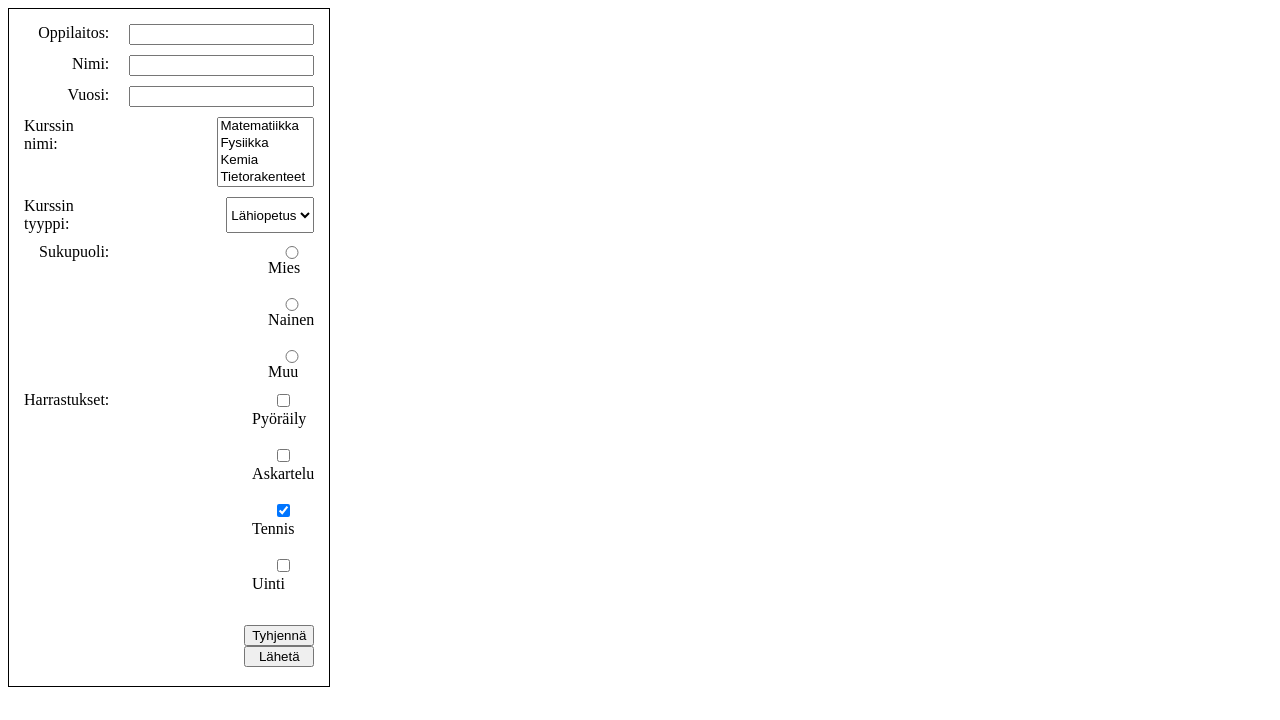
Repository: Niina-Maria/tehtavat-12-17-Niina-Maria2
Page: teht16.html
An editor plug-in stored every save of this project. The page is shown before and after the next save, followed by the edit.
The browser window is 1280 px wide. The pictures show the whole page.

Above is the page before, as saved 2024-11-20 13:25:45.

### teht16.html
<!DOCTYPE html>
<html>
    <head>
        <link rel="stylesheet" href="teht16.css">
    </head>
    <body>
        <div class="grid-container">
            <div class="taulukko">
                <div class="a a1">Oppilaitos:</div>
                <div class="a a2"><input type="text" id="school" name="school"></div>
                <div class="a a3">Nimi:</div>
                <div class="a a4"><input type="text" id="name" name="name"></div>
                <div class="a a5">Vuosi:</div>
                <div class="a a6"><input type="password" id="year" name="year"></div>
                <div class="a a7">Kurssin nimi:</div>
                <div class="a a8">
                    <select class="course" name="course" size="4">
                    <option value="matematiikka">Matematiikka</option>
                    <option value="fysiikka">Fysiikka</option>
                    <option value="kemia">Kemia</option>
                    <option value="tietorakenteet">Tietorakenteet</option>
                    <option value="webohjelmointi">Webohjelmointi</option>
                    </select>
                </div>
                <div class="a a9">Kurssin tyyppi:</div>
                <div class="a a10">
                    <select class="type" name="type" size="1">
                        <option value="lähiopetus">Lähiopetus</option>
                        <option value="etäopetus">Etäopetus</option>
                        <option value="hybridi">Hybridi</option>
                        <option value="monimuoto">Monimuoto</option>
                        <option value="avoinamk">AvoinAMK</option>
                    </select>
                </div>
                <div class="a a11">Sukupuoli:</div>
                <div class="a a12">
                    <input type="radio" id="male" name="gender" value="male">
                    <label class="sukup"for="male">Mies</label><br>
                    <input type="radio" id="female" name="gender" value="female">
                    <label class="sukup"for="female">Nainen</label><br>
                    <input type="radio" id="other" name="gender" value="other">
                    <label class="sukup"for="other">Muu</label>
                </div>
                <div class="a a13">Harrastukset:</div>
                <div class="a a14" >
                    <input type="checkbox" id="hobbiesbike" name="hobbiesbike">
                        <label for="hobbiesbike"> Pyöräily</label><br>
                        <input type="checkbox" id="hobbiesaskartelu" name="hobbiesaskartelu">
                        <label for="hobbiesaskartelu"> Askartelu</label><br>
                        <input type="checkbox" id="hobbiestennis" name="hobbiestennis" checked="checked">
                        <label for="hobbiestennis"> Tennis</label><br>
                        <input type="checkbox" id="hobbiesuinti" name="hobbiesuinti">
                        <label for="hobbiesuinti"> Uinti</label><br>
                </div>
                <div class="a a15">
                    <input type="reset" id="napit" value="Tyhjennä">
                    <input type="submit"id="napit2" value="Lähetä">
                </div>

            </div>
        </div>
    </body>

### teht16.css
.grid-container {
    display: grid;
    justify-content: center;
    border: 1px solid black;
    width: fit-content;
}


.taulukko {
    display: grid;
    grid-template-columns: 2, 1fr;
    width: 300px;
    margin: 5px;
    padding: 5px;
}

.taulukko div {
    display: grid;
    grid-column: span 2;
    padding: 5px;
    justify-content: right;
    align-items: right;
    border: 1 px solid black;

}

.taulukko .a1 {
    grid-column: span 1;
    border: 1 px solid black;
    justify-content: right;
}

.taulukko .a2 {
    grid-column: span 1;
    justify-content: right;
    margin-left: 10px;
    border: 1 px solid black;
}

.taulukko .a3 {
    grid-column: span 1;
    border: 1 px solid black;
}

.taulukko .a4 {
    grid-column: span 1;
    justify-content: right;
    margin-left: 10px;
    border: 1 px solid black;
}


.taulukko .a5 {
    grid-column: span 1;
    border: 1 px solid black;
    justify-content: right;
}

.taulukko .a6 {
    grid-column: span 1;
    justify-content: right;
    margin-left: 10px;
    border: 1 px solid black;
}

.taulukko .a7 {
    grid-column: span 1;
    border: 1 px solid black;
    justify-content: right;
}

.taulukko .a8 {
    grid-column: span 1;
    justify-content: right;
    margin-left: 10px;
    border: 1 px solid black;
}

.taulukko .a9 {
    grid-column: span 1;
    border: 1 px solid black;
    justify-content: right;
}

.taulukko .a10 {
    grid-column: span 1;
    justify-content: right;
    margin-left: 10px;
    border: 1 px solid black;
}

.taulukko .a11 {
    grid-column: span 1;
    border: 1 px solid black;
    justify-content: right;
}

.taulukko .a12 {
    grid-column: span 1;
    justify-content: right;
    margin-left: 10px;
    border: 1 px solid black;
}

.taulukko .a13 {
    grid-column: span 1;
    border: 1 px solid black;
}

.taulukko .a14 {
    grid-column: span 1;
    /* justify-content: left; */
    margin-left: 10px;
    border: 1 px solid black;
}

.taulukko .a15 {
    grid-column: span 2;
    height: 50px;
    align-content: center;
    border: 1 px solid black;
}

After the next save:
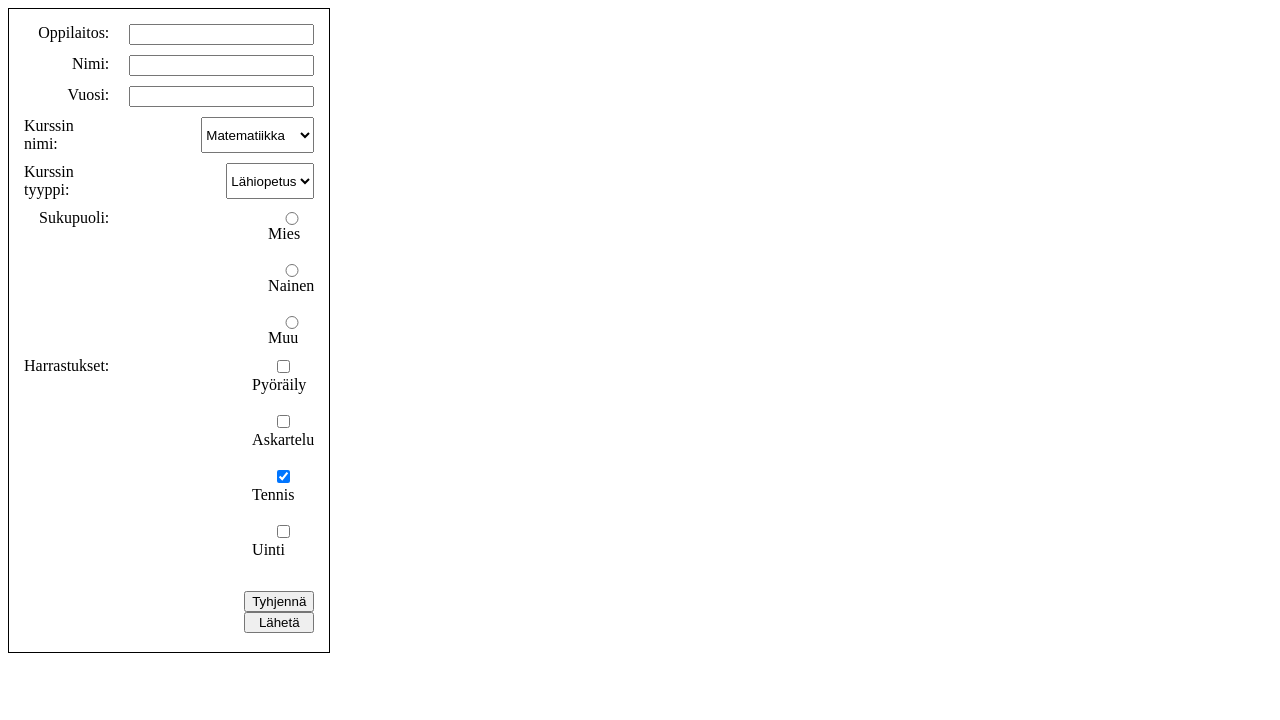
Saved 18 s later.
--- a/teht16.html
+++ b/teht16.html
@@ -14,7 +14,7 @@
                 <div class="a a6"><input type="password" id="year" name="year"></div>
                 <div class="a a7">Kurssin nimi:</div>
                 <div class="a a8">
-                    <select class="course" name="course" size="4">
+                    <select class="course" name="course" size="1">
                     <option value="matematiikka">Matematiikka</option>
                     <option value="fysiikka">Fysiikka</option>
                     <option value="kemia">Kemia</option>
